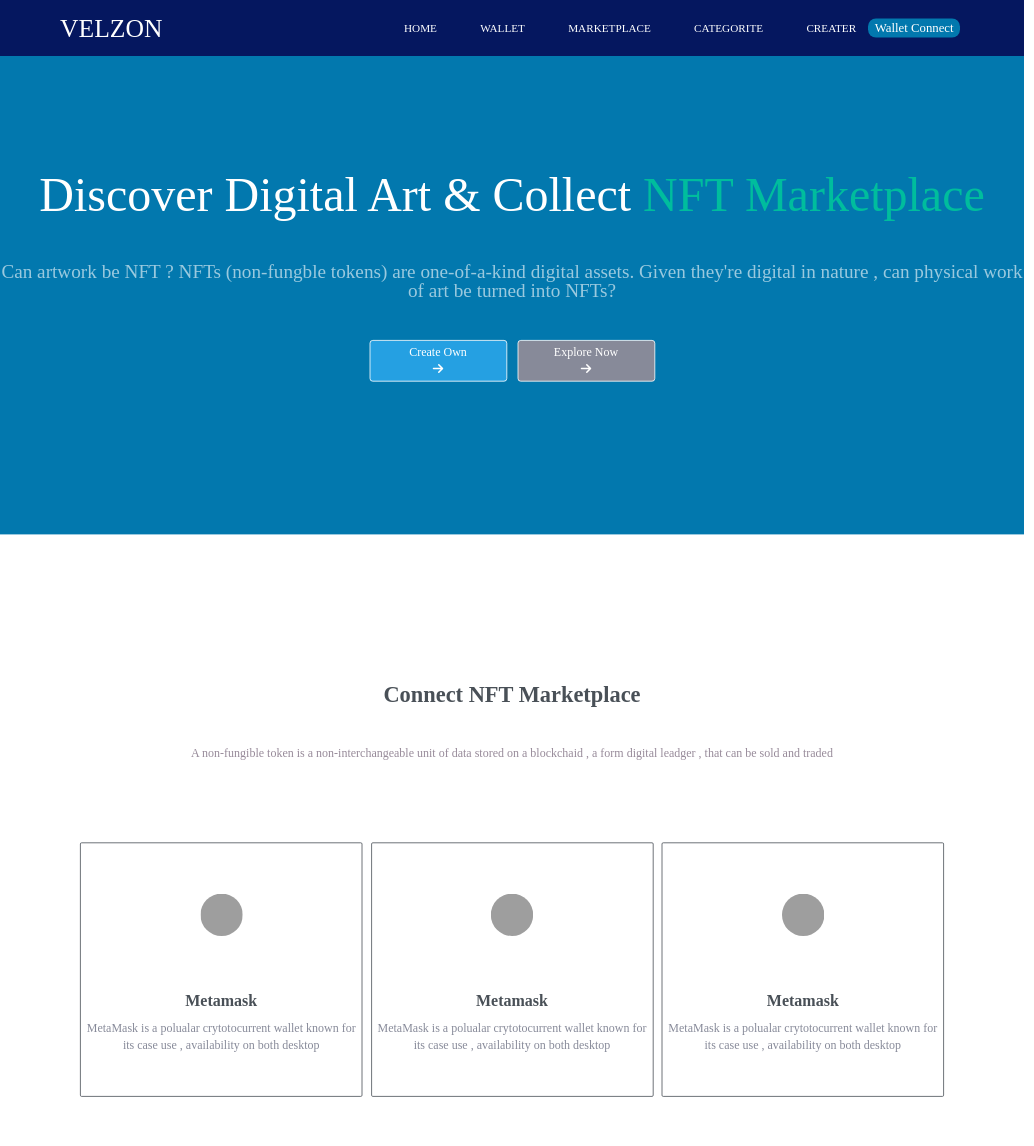
Repository: HuynhDuc23/Webvideodesgin
Page: index.html
These files come from the project's save history. The page is drawn as it stood at one moment and after the next save; the edit follows.
The browser window is 1280 px wide. The page is 1293 px wide, so the pictures cover 1293 px, including what lies to the right of the window. The pictures show the whole page, at 80% of full size.
Pictures or frames that could not be fetched are drawn as grey boxes. The style sheet was rebuilt from its Sass, Less or Tailwind sources for each picture, by a compiler version that may differ from the author's.

Above is the page before, as saved 2023-04-26 08:41:17.

After the next save:
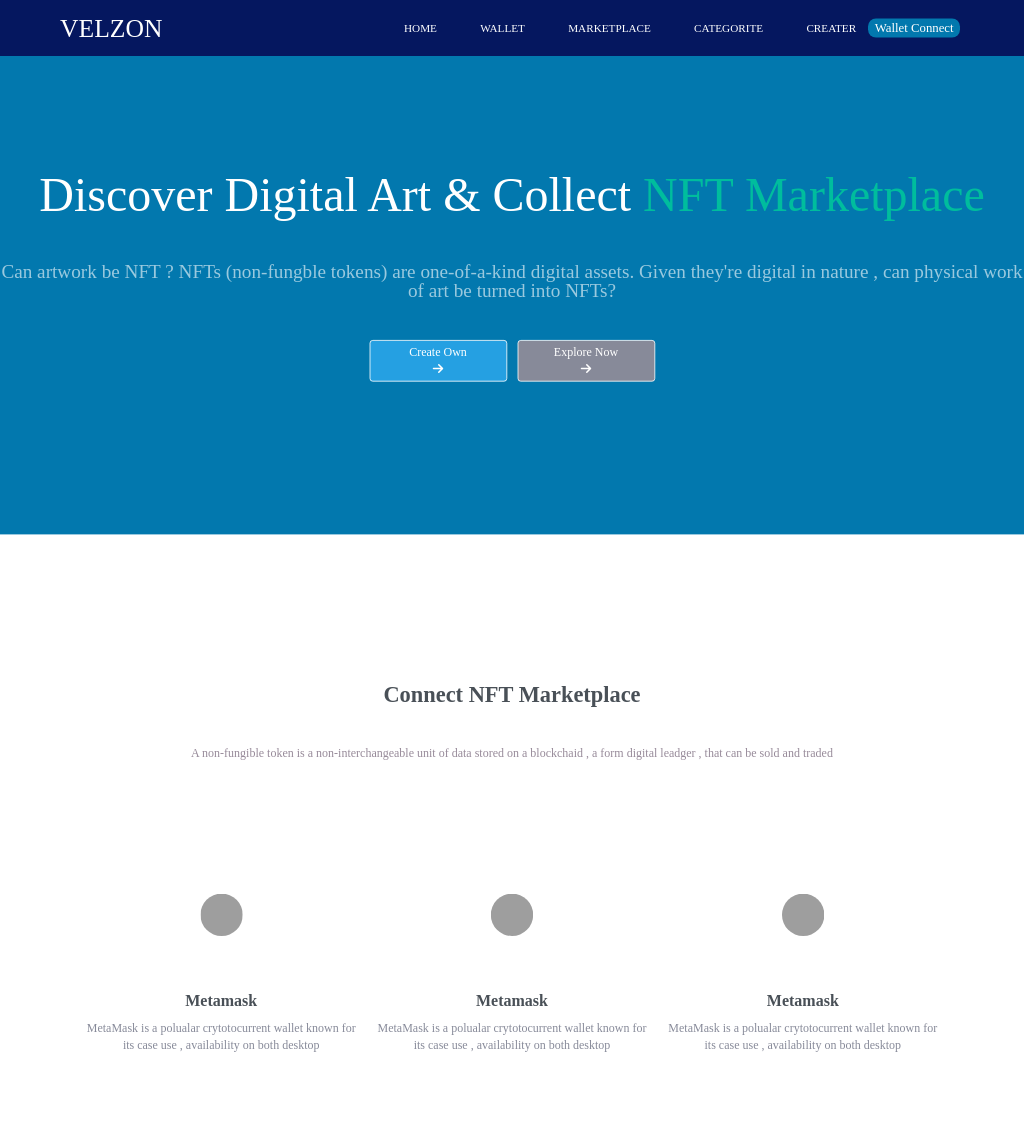
Saved 54 s later.
--- a/style.scss
+++ b/style.scss
@@ -183,7 +183,7 @@
         width: 351px;
         height: 316px;
         background-color: white;
-        border : 0.5px solid #495057 ;
+        border : 0.5px solid white ;
         border-radius: 2px;
         display: flex;
         flex-direction: column;
